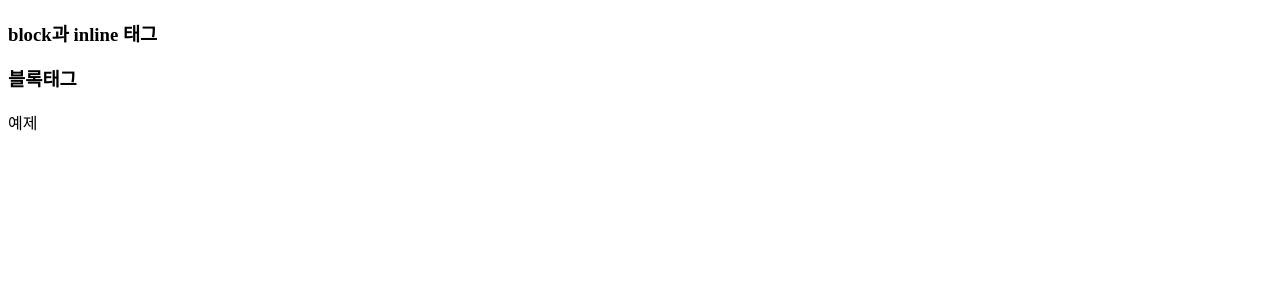
Repository: JiYoon0712/HTML_CSS_javascript
Page: work/study/src/main/webapp/htmlEx/ch02/ex04.html
An editor plug-in stored every save of this project. The page is shown before and after the next save, followed by the edit.
The browser window is 1280 px wide. The pictures show the whole page.

Above is the page before, as saved 2023-04-03 02:16:21.

### work/study/src/main/webapp/htmlEx/ch02/ex04.html
<!DOCTYPE html>
<html>
<head>
<meta charset="UTF-8">
<title>Insert title here</title>
</head>
<body>

<h3>block과 inline 태그</h3>

<h3>블록태그</h3>

<p> 예제 </p>

</body>
</html>

After the next save:
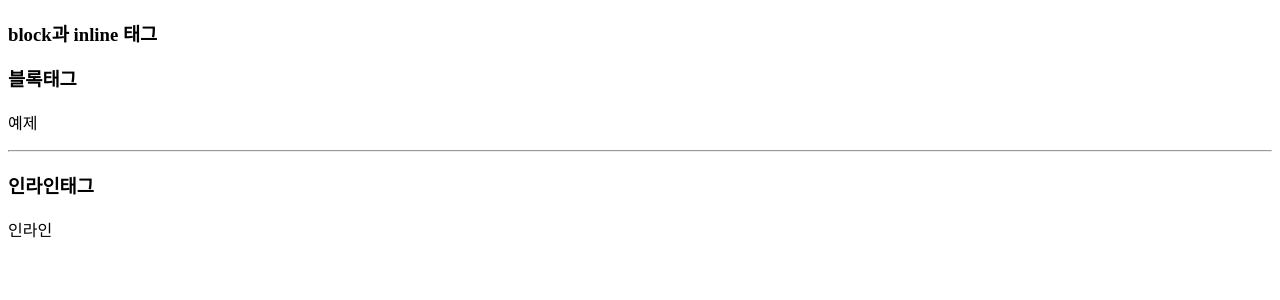
Saved 21 s later.
--- a/work/study/src/main/webapp/htmlEx/ch02/ex04.html
+++ b/work/study/src/main/webapp/htmlEx/ch02/ex04.html
@@ -11,6 +11,10 @@
 <h3>블록태그</h3>
 
 <p> 예제 </p>
+<hr>
+
+<h3>인라인태그</h3>
+<span>인라인</span>
 
 </body>
 </html>
